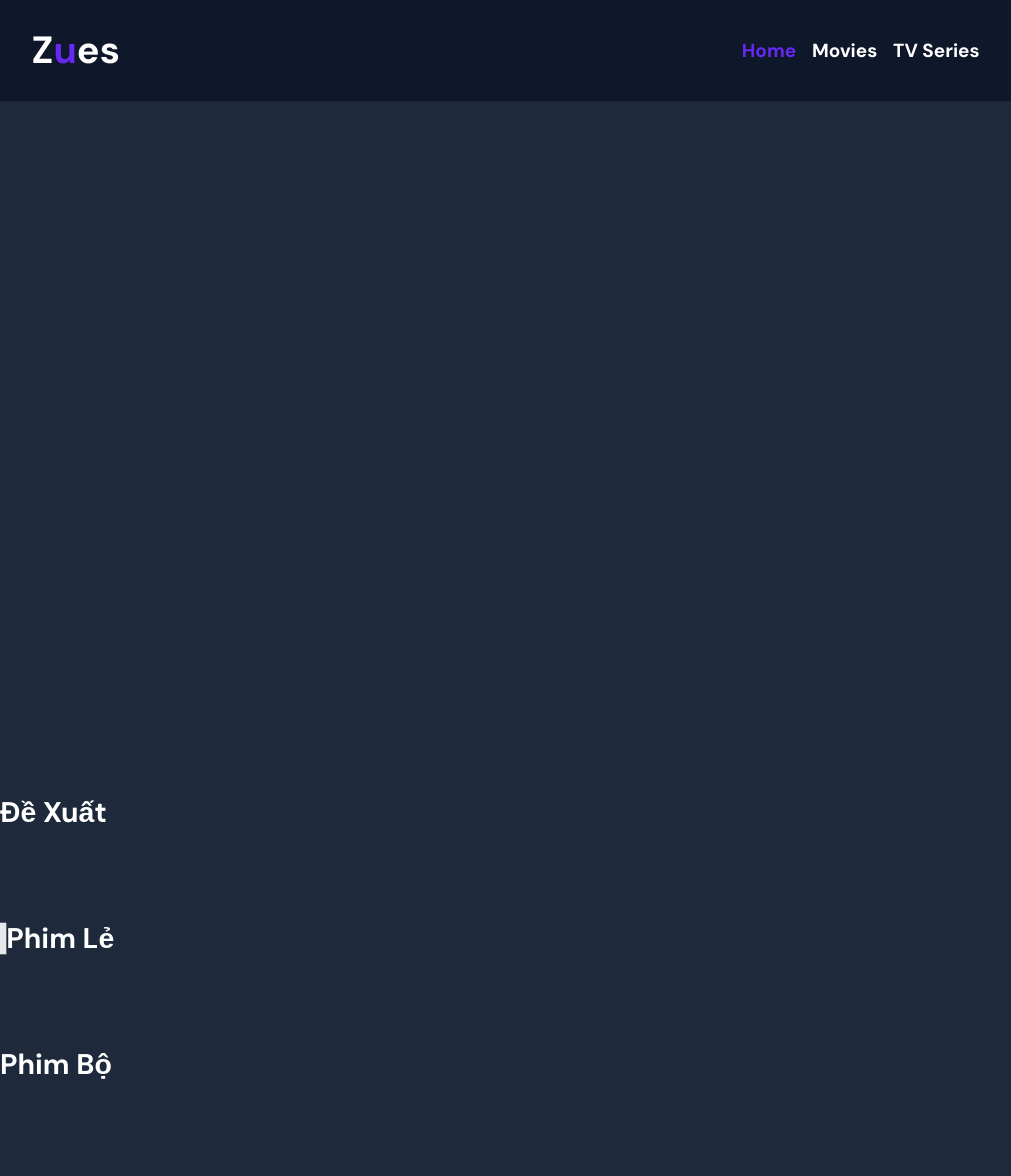
Repository: ThaiBinh1608/Web_List_Movie
Page: /
An editor plug-in stored every save of this project. The page is shown before and after the next save, followed by the edit.
The browser window is 1280 px wide. The pictures show the whole page, at 79% of full size.
The page's requests for data from a server got no answer. The project was rebuilt for these pictures with package versions that can differ from the ones it lists, and the page was loaded fresh each time. No one was signed in, and anything a server would have sent is missing. Also part of the build but not shown: src/components/movie/MovieCard.js, src/components/TVseries/TVseriesCard.js, src/pages/MoviesPage.js, src/pages/TVseriesPage.js, src/pages/MoviesDetailsPage.js, src/pages/TVseriesDetailsPage.js.

Above is the page before, as saved 2023-02-24 20:51:39.

After the next save:
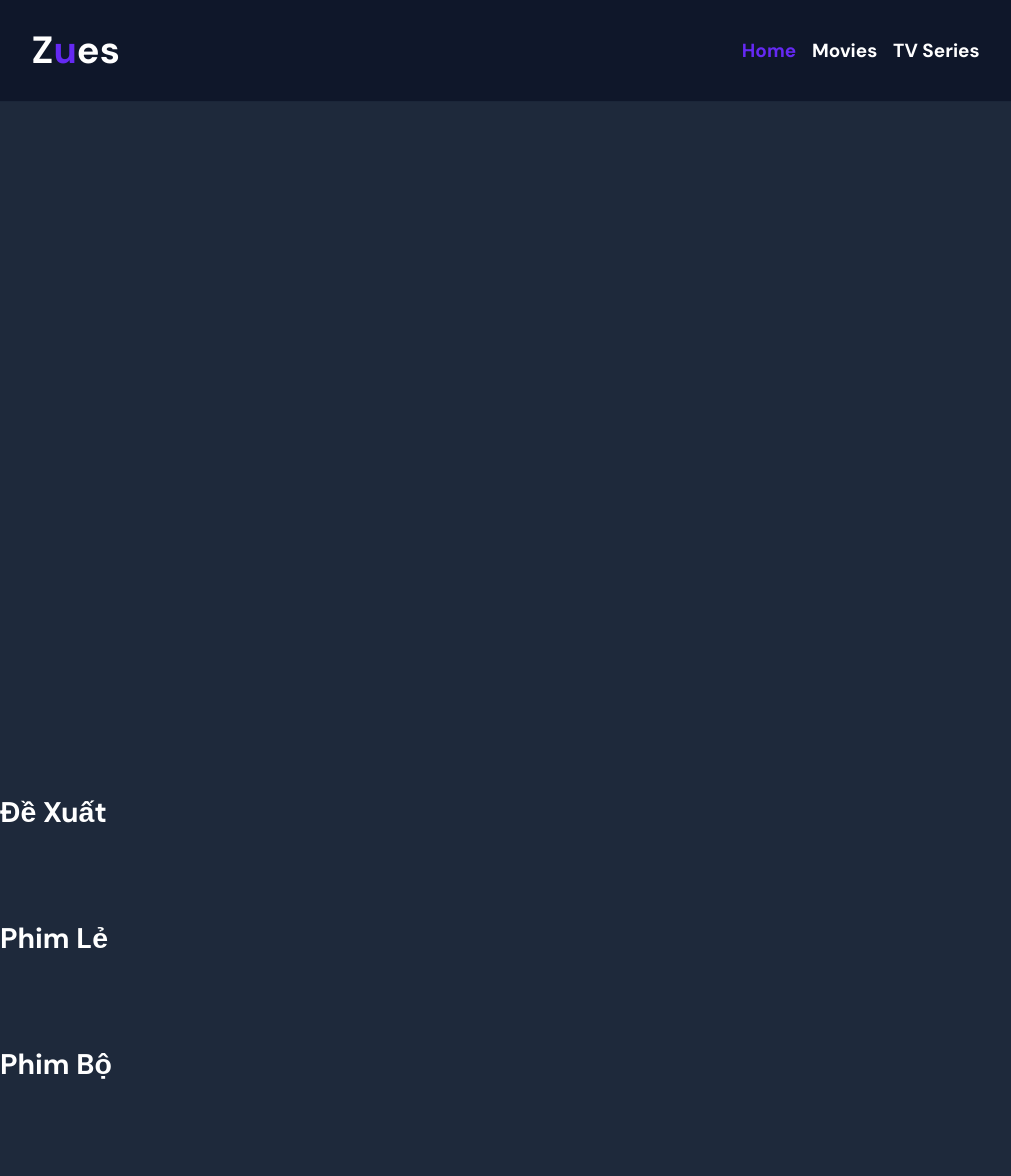
Saved 13 s later.
--- a/src/pages/HomePage.js
+++ b/src/pages/HomePage.js
@@ -14,7 +14,7 @@ const HomePage = () => {
             </section>
 
             <section className="movies-layout page-container pb-20">
-                <h2 className="capitalize text-white  mb-10 text-4xl font-bold border-l-8">
+                <h2 className="capitalize text-white  mb-10 text-4xl font-bold border-l-6">
                 Phim lẻ
                 </h2>
 
